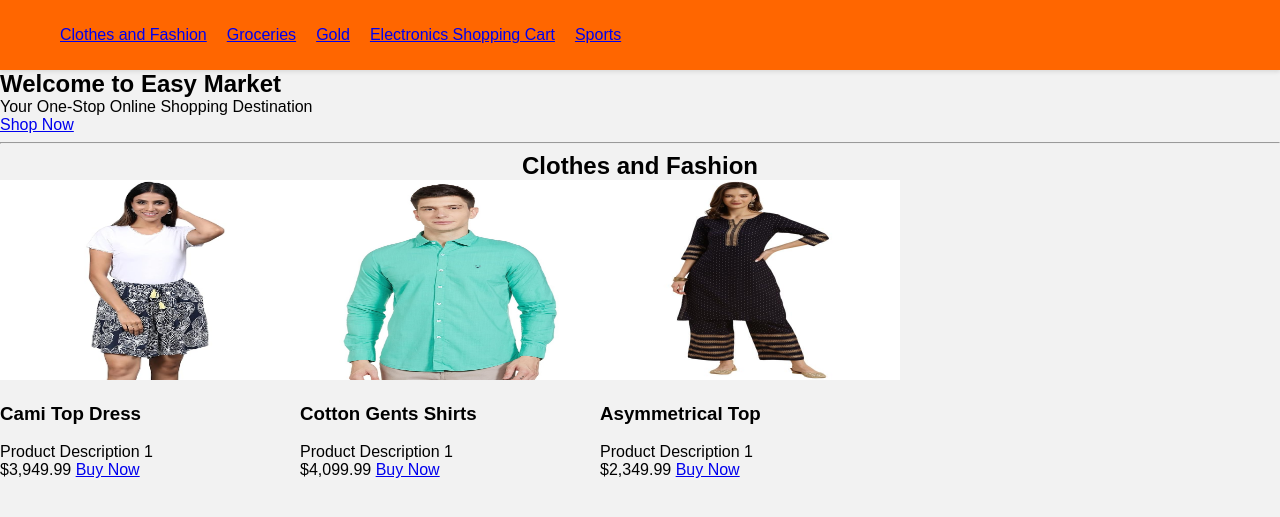
Repository: Maheshbabur789/BookStore
Page: http://localhost/OnlineMarketing/ownWeb.jsp
The author's editor kept a copy of each file at every save. The page is drawn from the files as they stood at one save, then again after the next save.
The browser window is 1280 px wide. The pictures show the whole page.
The page is served by Tomcat 9.

Above is the page before, as saved 2024-11-07 12:35:06.

After the next save:
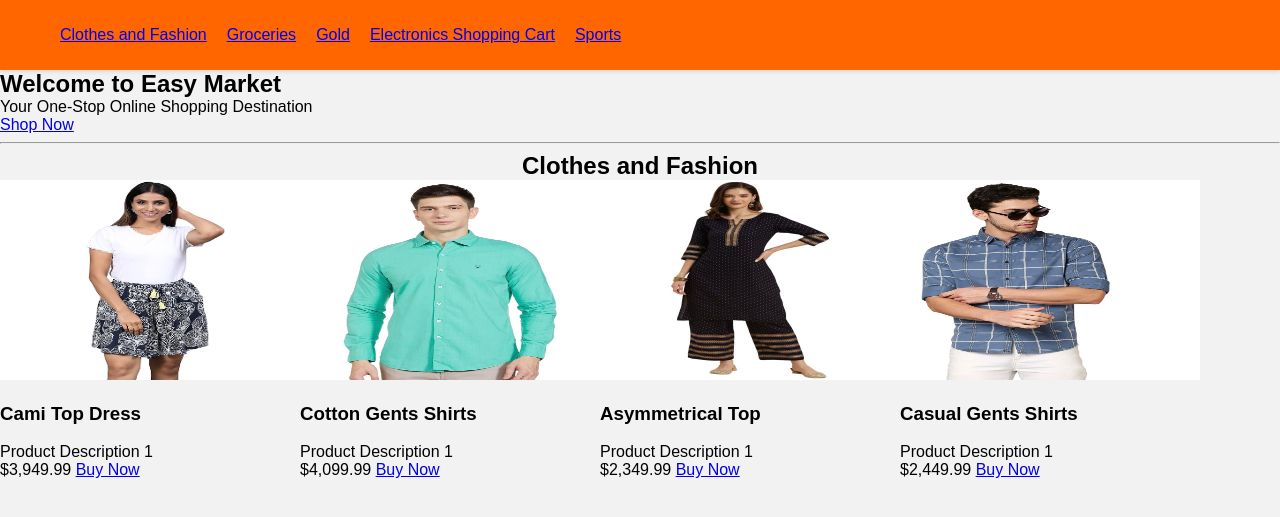
Saved 75 s later.
--- a/MyLabs/OnlineMarketing/src/main/webapp/ownWeb.jsp
+++ b/MyLabs/OnlineMarketing/src/main/webapp/ownWeb.jsp
@@ -106,5 +106,12 @@
 			    <span class="price">$2,349.99</span>
 			    <a href="http://localhost/php-practice/praveen/site/amazon_form.php" class="add-to-cart">Buy Now</a>
 			</div>
+			<div class="product-card highlights">
+			    <img src="Shirt.jpg" alt="Product 1" width="300" height="200">
+			    <h3>Casual Gents Shirts</h3>
+			    <p>Product Description 1</p>
+			    <span class="price">$2,449.99</span>
+			    <a href="http://localhost/php-practice/praveen/site/amazon_form.php" class="add-to-cart">Buy Now</a>
+			</div>
 </body>
 </html>
